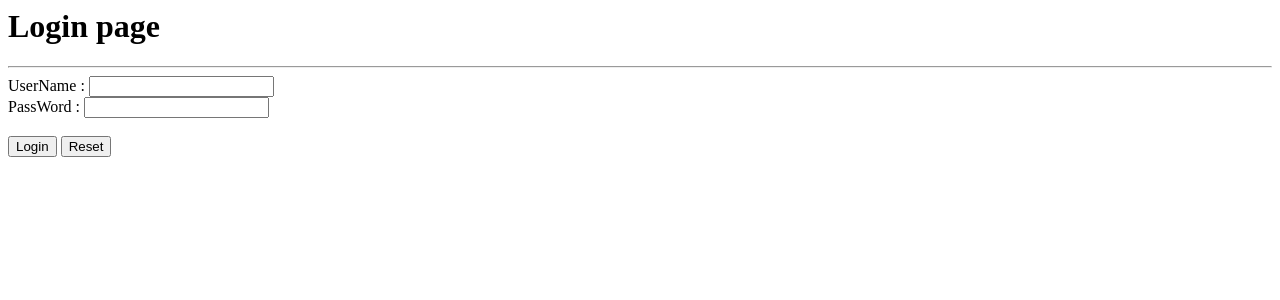
Repository: jayaprakash1250/SpringBootProjects
Page: springWebProject/src/main/webapp/login.html
These files come from the project's save history. The page is drawn as it stood at one moment and after the next save; the edit follows.
The browser window is 1280 px wide. The pictures show the whole page.

Above is the page before, as saved 2022-05-31 12:37:41.

### springWebProject/src/main/webapp/login.html
<!DOCTYPE >
<html>

<head>
  <title> Login </title>
</head>
   <body>
      <h1> Login page </h1>
      <hr>
      <form action = "logincheck">
        UserName : <input type = "text" name = "username"/><br/>
        PassWord : <input type = "password" name ="passwd"/><br/><br/>

        <input type = "submit" value = "Login"/>
        <input type = "Reset" value = "Reset"/>
      </form
   </body>
</html>

After the next save:
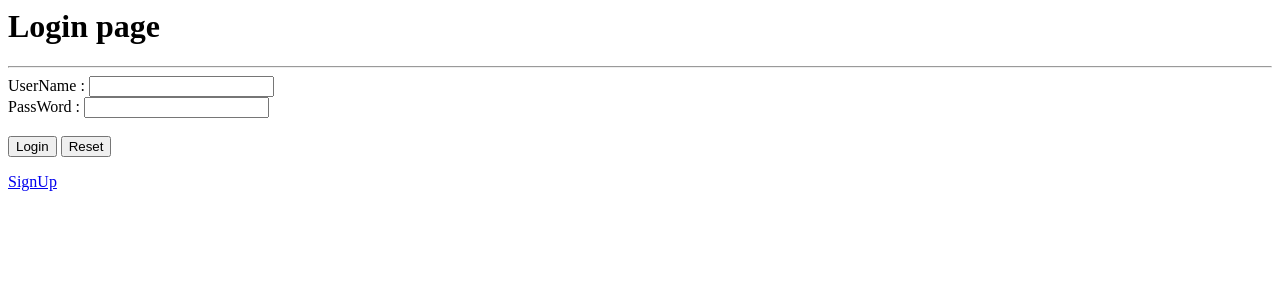
Saved 4 min 9 s later.
--- a/springWebProject/src/main/webapp/login.html
+++ b/springWebProject/src/main/webapp/login.html
@@ -13,6 +13,7 @@
 
         <input type = "submit" value = "Login"/>
         <input type = "Reset" value = "Reset"/>
-      </form
+      </form>
+      <a  href="register">SignUp</a>
    </body>
 </html>
